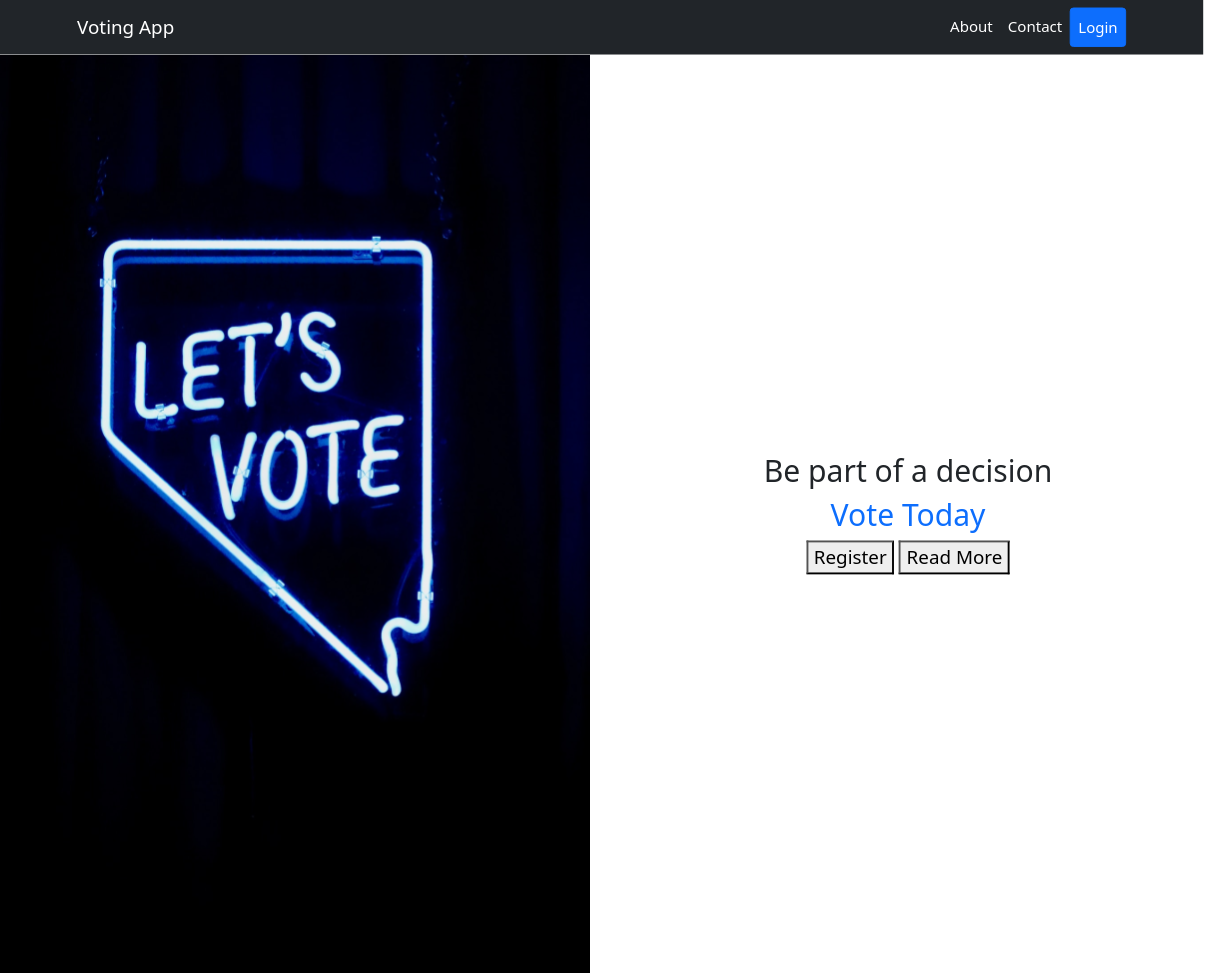
Repository: DavidManiIbrahim/Voting-app
Page: index.html
These files come from the project's save history. The page is drawn as it stood at one moment and after a run of saves; the edit follows.
The browser window is 1280 px wide. The page is 1292 px wide, so the pictures cover 1292 px, including what lies to the right of the window. The pictures show the whole page, at 94% of full size.

Above is the page before, as saved 2025-01-18 03:41:24.

### index.html
<!DOCTYPE html>
<html lang="en">
<head>
    <meta charset="UTF-8">
    <meta name="viewport" content="width=device-width, initial-scale=1.0">
    <title>Voting app</title>
    <link rel="stylesheet" href="./bootstrap.css">
    <!-- <link rel="stylesheet" href="./styles.css.css"> -->
</head>
<body>

<!-- NavBar -->

    <nav class="navbar navbar-expand-lg bg-dark text-white ">
        <div class="container">
            <a href="#" class="navbar-brand text-white ">Voting App</a>


            <button class="navbar-toggler" data-bs-target="#navmenu" data-bs-toggle="collapse">
                <span class="navbar-toggler-icon bg-primary"></span>
            </button>
            <div class="collapse navbar-collapse " id="navmenu">
                <ul class="navbar-nav ms-auto text-center">
                    <li class="nav-link text-white">About</li>
                    <li class="nav-link text-white">Contact</li>
                    <a class="nav-link btn btn-primary text-white">Login</a>
                </ul>
            </div>
</div>
    </nav>

<!-- Hero Section -->

<div class="row h-100">
    <div class="col-md">
        <img src="./unsplash_LA1VawaCjjI.svg" alt="" class="img-fluid">
    </div>
    <div class="col-md m-auto" >
        <div class="container-fluid text-center lead m-auto" id="content">
            <h2>Be part of a decision</h2>
            <h2 class="text-primary">Vote Today</h2>
            <div class="">
                <button>Register</button>
                <button>Read More</button>
            </div>
        </div>
    </div>
</div>










    <script src="./bootstrap.min.js"></script>
</body>
</html>

Loaded but not shown: bootstrap.css (library); bootstrap.min.js (library)

After the next 3 saves:
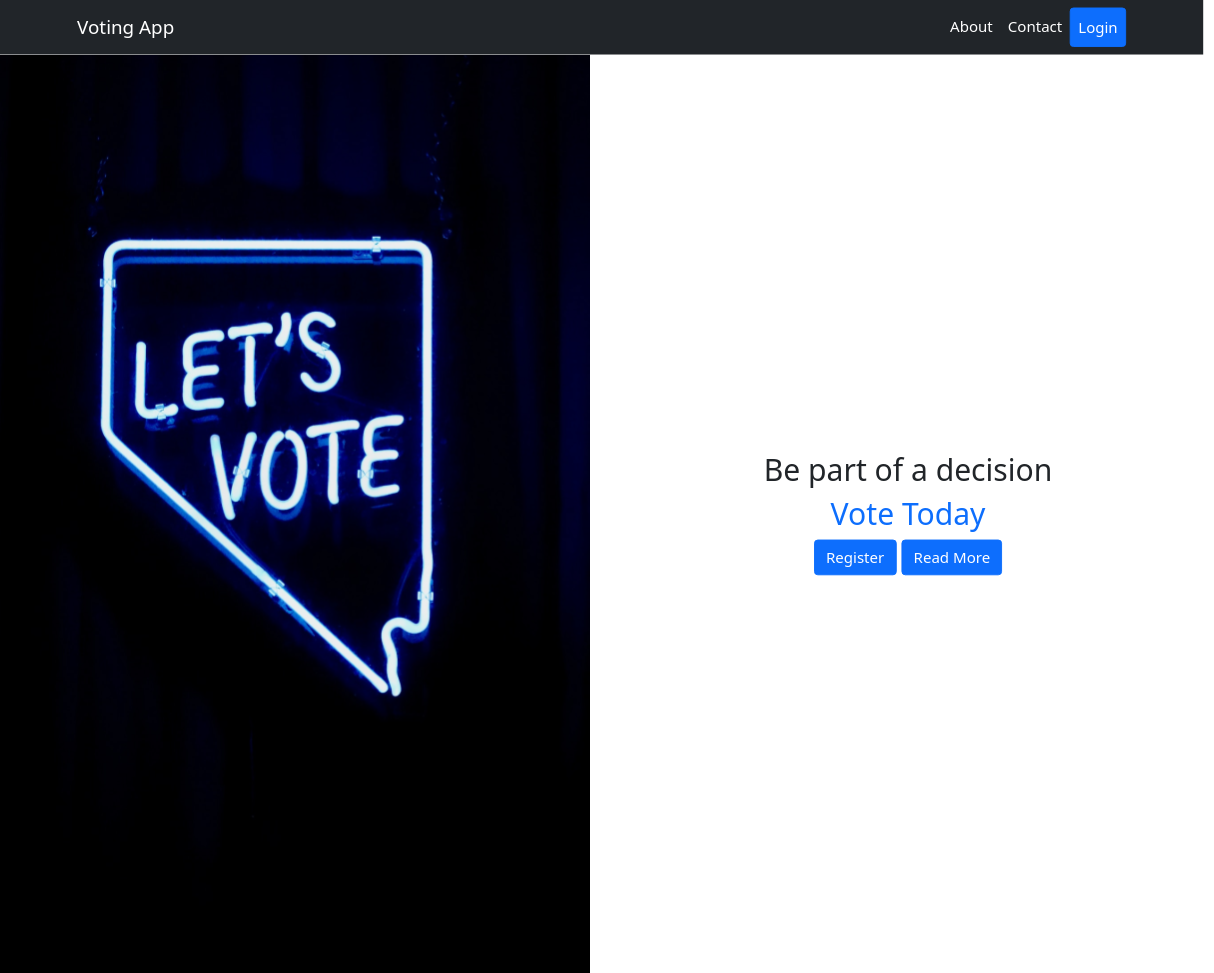
The 3 saves are shown as one change because they came seconds apart.
The last was saved 17 s later.
--- a/index.html
+++ b/index.html
@@ -40,8 +40,8 @@
             <h2>Be part of a decision</h2>
             <h2 class="text-primary">Vote Today</h2>
             <div class="">
-                <button>Register</button>
-                <button>Read More</button>
+                <button class="btn btn-primary">Register</button>
+                <button class="btn btn-primary">Read More</button>
             </div>
         </div>
     </div>
